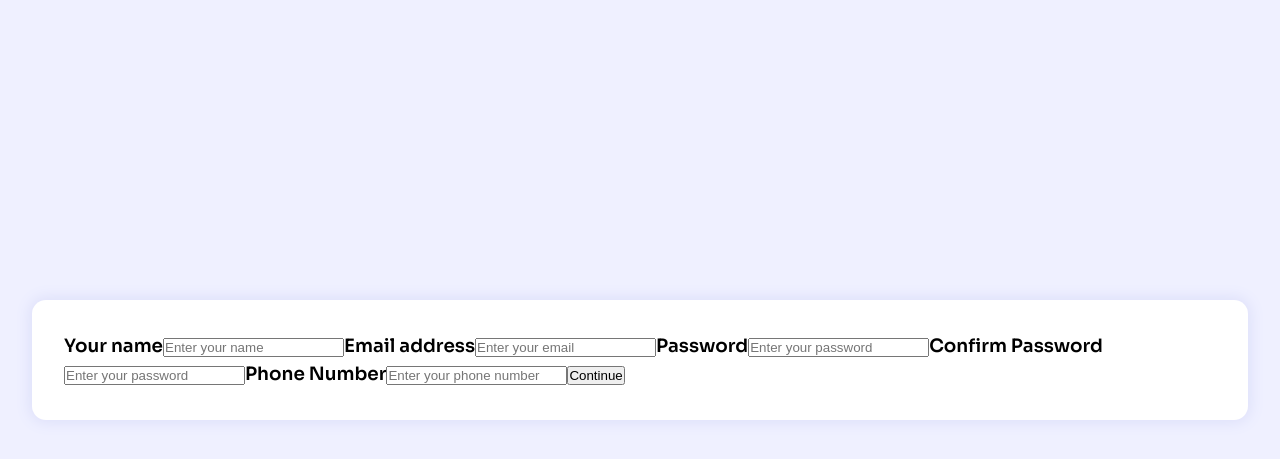
Repository: ducanhaep/react-form-formik-yup
Page: /
These files come from the project's save history. The page is drawn as it stood at one moment and after the next save; the edit follows.
The browser window is 1280 px wide. The pictures show the whole page.
The project was rebuilt for these pictures with package versions that can differ from the ones it lists, and the page was loaded fresh each time. Also part of the build but not shown: src/components/signup.css.

Above is the page before, as saved 2022-03-22 20:51:48.

After the next save:
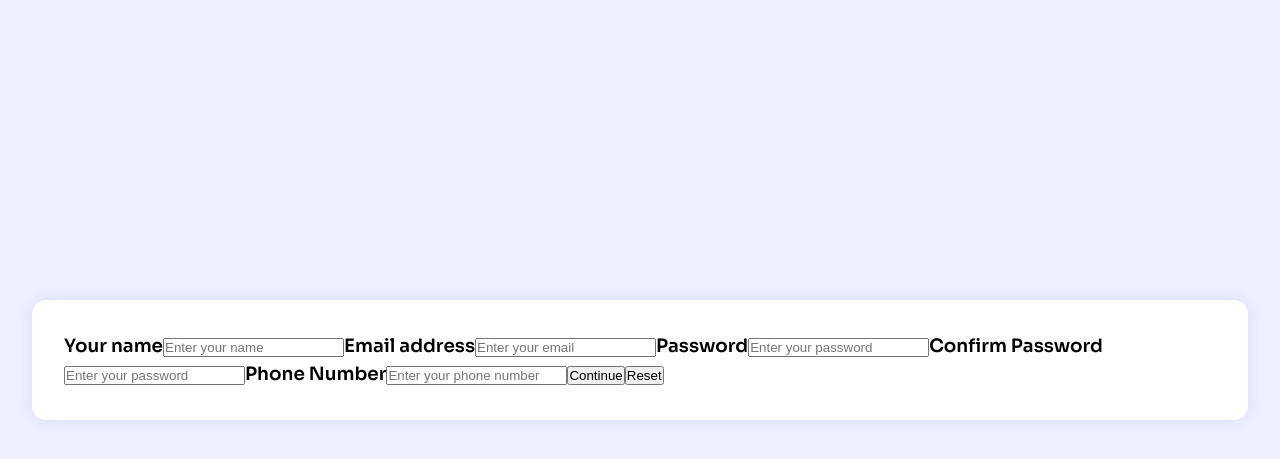
Saved 31 min 5 s later.
--- a/src/components/SignupForm.jsx
+++ b/src/components/SignupForm.jsx
@@ -118,6 +118,7 @@ const SignupForm = () => {
           <p className="errorMsg">{formik.errors.phone}</p>
         )}
         <button type="submit">Continue</button>
+        <button type="reset">Reset</button>
       </form>
     </section>
   );
